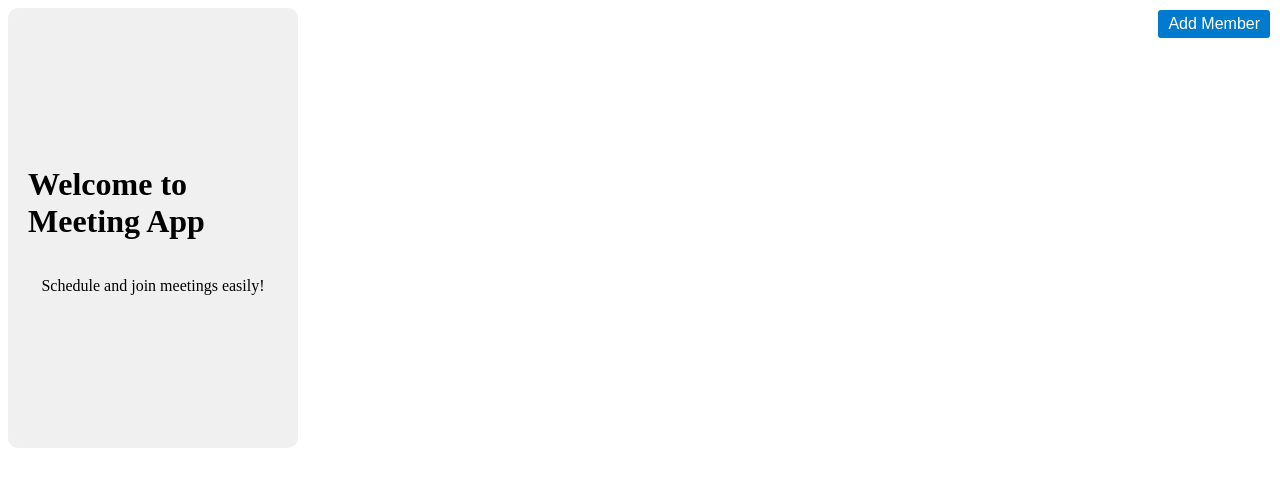
Repository: alexanderneal/meetingApp
Page: meetingApp copia/popup.html
These files come from the project's save history. The page is drawn as it stood at one moment and after the next save; the edit follows.
The browser window is 1280 px wide. The pictures show the whole page.
Some web fonts or font styles are not loaded; a fallback is used.

Above is the page before, as saved 2023-04-21 11:05:02.

### meetingApp copia/popup.html
<!DOCTYPE html>
<html>
  <head>
    <title>Meeting App</title>
    <meta charset="UTF-8">
    <link rel="stylesheet" href="popup.css">
    <link rel="stylesheet" href="https://appleid.cdn-apple.com/fonts/SF-Pro/SF-Pro-Display-Regular.otf">
  </head>
  <body>
    <div class="popup-container">
      <h1>Welcome to Meeting App</h1>
      <p>Schedule and join meetings easily!</p>
    </div>
    <button id="add-member-btn">Add Member</button>
    <div id="members-list"></div>
    <script src="popup.js"></script>
  </body>
</html>

### meetingApp copia/popup.css
.popup-container {
    width: 250px;
    height: 400px;
    padding: 20px;
    display: flex;
    flex-direction: column;
    justify-content: center;
    align-items: center;
    background-color: #f0f0f0;
    border-radius: 10px;
  }

  #add-member-btn {
    position: absolute;
    top: 10px;
    right: 10px;
    padding: 5px 10px;
    background-color: #007acc;
    color: white;
    border: none;
    border-radius: 3px;
    font-size: 16px;
    cursor: pointer;
  }

  #title {
    font-family: 'SF Pro', sans-serif;
    font-size: 24px;
    font-weight: bold;
    text-align: center;
    margin-top: 20px;
    margin-bottom: 30px;
  }

  #members-list {
    width: 100%;
    height: 100%;
    overflow-y: auto;
  }

  .member {
    display: flex;
    align-items: center;
    padding: 10px;
    border-bottom: 1px solid #c0c0c0;
  }

  .member-icon {
    width: 20px;
    height: 20px;
    background-color: #007acc;
    border-radius: 50%;
    margin-right: 10px;
  }

  .member-name {
    flex: 1;
    font-family: 'SF Pro', sans-serif;
    font-size: 16px;
    font-weight: bold;
  }

  .member-cost {
    font-family: 'SF Pro', sans-serif;
    font-size: 14px;
    color: #555;
  }

### meetingApp copia/popup.js
// Code for the popup window
// In popup.js

const membersList = document.getElementById("members-list");
const addMemberBtn = document.getElementById("add-member-btn");

let members = [];

addMemberBtn.addEventListener("click", () => {
  const name = prompt("Enter member name:");
  const salary = parseInt(prompt("Enter member salary:"));
  const costPerHour = salary / 52 / 40;

  const member = {
    name: name,
    salary: salary,
    costPerHour: costPerHour,
  };

  members.push(member);
  renderMembersList();
});

function renderMembersList() {
  membersList.innerHTML = "";

  members.forEach((member) => {
    const memberEl = document.createElement("div");
    memberEl.classList.add("member");
    memberEl.innerHTML = `
      <div class="member-icon"></div>
      <div class="member-name">${member.name}</div>
      <div class="member-cost">$${member.costPerHour.toFixed(2)} / hr</div>
    `;
    membersList.appendChild(memberEl);
  });
}

After the next save:
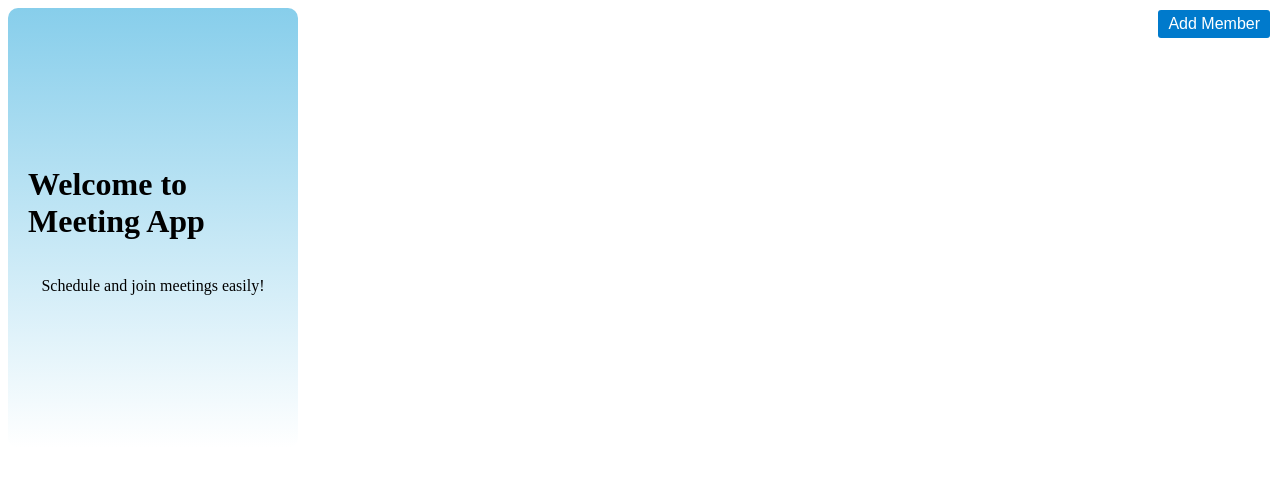
Saved 101 s later.
--- a/meetingApp copia/popup.css
+++ b/meetingApp copia/popup.css
@@ -6,7 +6,7 @@
     flex-direction: column;
     justify-content: center;
     align-items: center;
-    background-color: #f0f0f0;
+    background: linear-gradient(to bottom, #87CEEB, #FFFFFF);
     border-radius: 10px;
   }
 
